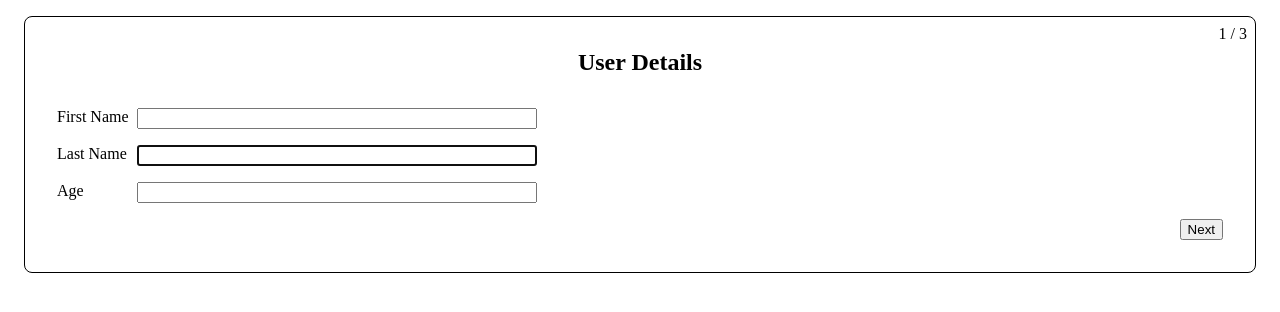
Repository: mohamediyas/reactMultiForm
Page: /
These files come from the project's save history. The page is drawn as it stood at one moment and after the next save; the edit follows.
The browser window is 1280 px wide. The pictures show the whole page.
The project was rebuilt for these pictures with package versions that can differ from the ones it lists, and the page was loaded fresh each time. Also part of the build but not shown: vite.config.ts, src/AccountForm.tsx, src/AddressForm.tsx.

Above is the page before, as saved 2022-10-08 20:19:04.

After the next save:
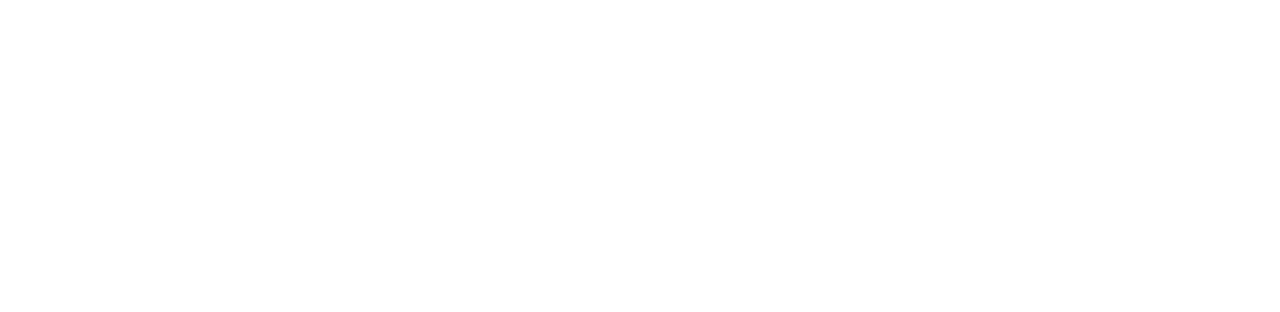
Console error: ReferenceError: INITIAL_DATA is not defined
Saved 2 min 1 s later.
--- a/src/App.tsx
+++ b/src/App.tsx
@@ -8,6 +8,8 @@ import { UserForm } from "./userForm";
 
 function App() {
   const [count, setCount] = useState(0);
+
+  const [data, setData] = useState(INITIAL_DATA);
 
   const { step, currentstepIndex, isLastPage, steps, isFirstStep, back, next } =
     useMultiform([<UserForm />, <AddressForm />, <AccountForm />]);

After the save that followed:
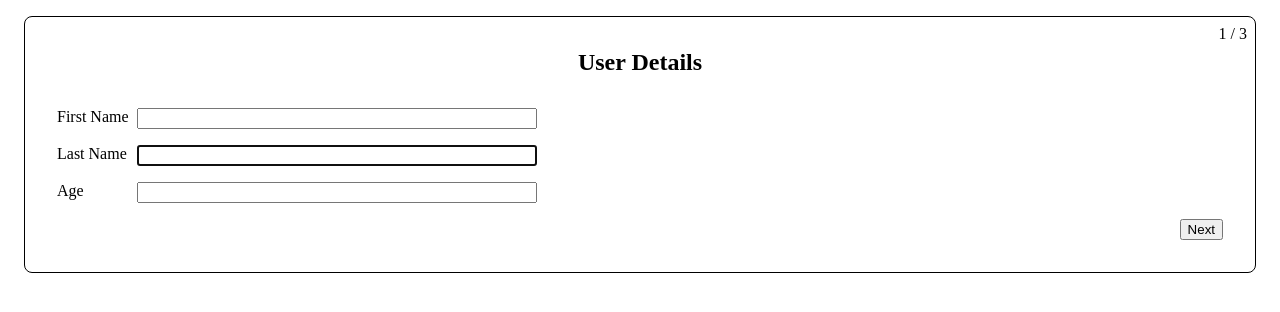
The error is gone.
Saved 85 s later.
--- a/src/App.tsx
+++ b/src/App.tsx
@@ -5,6 +5,18 @@ import { AddressForm } from "./AddressForm";
 import "./App.css";
 import { useMultiform } from "./useMultiform";
 import { UserForm } from "./userForm";
+
+const INITIAL_DATA = {
+  firstName: "",
+  lastName: "",
+  age: "",
+  street: "",
+  city: "",
+  state: "",
+  zip: "",
+  email: "",
+  password: "",
+};
 
 function App() {
   const [count, setCount] = useState(0);
